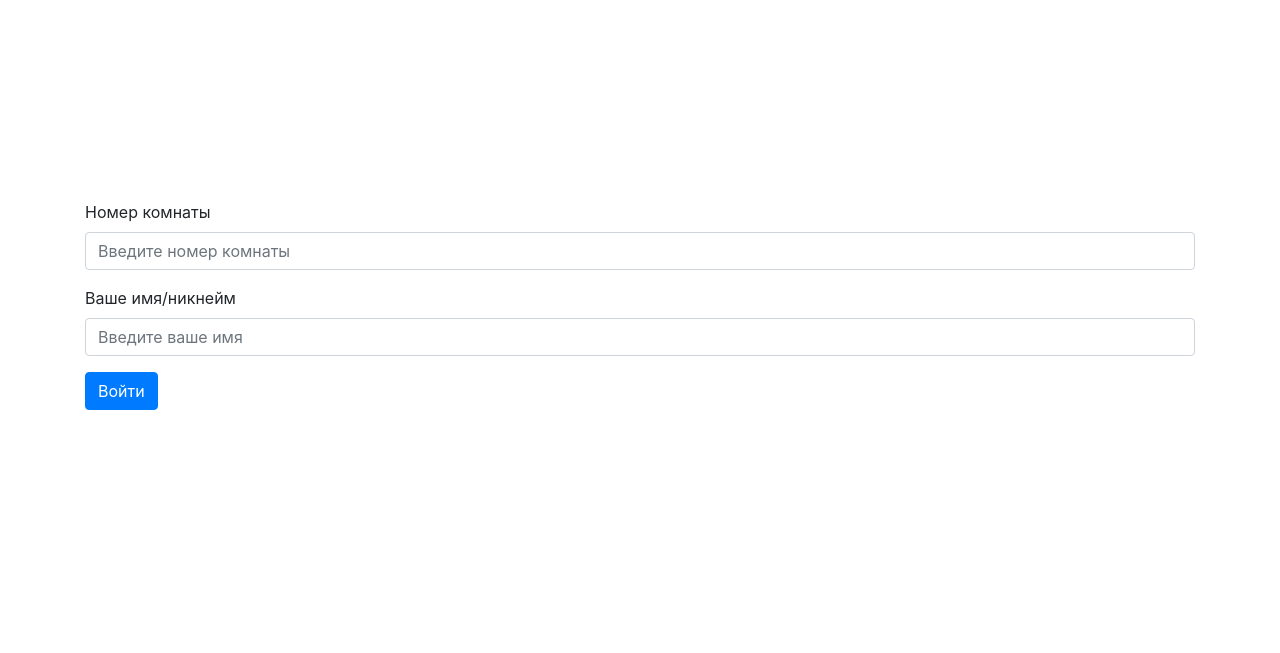
Repository: Hansol46/react-chat
Page: /
These files come from the project's save history. The page is drawn as it stood at one moment and after the next save; the edit follows.
The browser window is 1280 px wide. The pictures show the whole page.
The page's requests for data from a server got no answer. The project was rebuilt for these pictures with package versions that can differ from the ones it lists, and the page was loaded fresh each time. No one was signed in, and anything a server would have sent is missing.

Above is the page before, as saved 2020-09-06 22:22:44.

### public/index.html
<!DOCTYPE html>
<html lang="en">
  <head>
    <meta charset="utf-8" />
    <link rel="icon" href="%PUBLIC_URL%/favicon.ico" />
    <meta name="viewport" content="width=device-width, initial-scale=1" />
    <meta name="theme-color" content="#000000" />
    <meta
      name="description"
      content="Web site created using create-react-app"
    />
    <link rel="apple-touch-icon" href="%PUBLIC_URL%/logo192.png" />
    <!--
      manifest.json provides metadata used when your web app is installed on a
      user's mobile device or desktop. See https://developers.google.com/web/fundamentals/web-app-manifest/
    -->
    <link rel="manifest" href="%PUBLIC_URL%/manifest.json" />
    <link rel="stylesheet"
    href="https://stackpath.bootstrapcdn.com/bootstrap/4.5.0/css/bootstrap.min.css"
    integrity="sha384-9aIt2nRpC12Uk9gS9baDl411NQApFmC26EwAOH8WgZl5MYYxFfc+NcPb1dKGj7Sk"
    crossorigin="anonymous">
    <!--
      Notice the use of %PUBLIC_URL% in the tags above.
      It will be replaced with the URL of the `public` folder during the build.
      Only files inside the `public` folder can be referenced from the HTML.

      Unlike "/favicon.ico" or "favicon.ico", "%PUBLIC_URL%/favicon.ico" will
      work correctly both with client-side routing and a non-root public URL.
      Learn how to configure a non-root public URL by running `npm run build`.
    -->
    <title>React App</title>
  </head>
  <body>
    <noscript>You need to enable JavaScript to run this app.</noscript>
    <div id="root"></div>
    <!--
      This HTML file is a template.
      If you open it directly in the browser, you will see an empty page.

      You can add webfonts, meta tags, or analytics to this file.
      The build step will place the bundled scripts into the <body> tag.

      To begin the development, run `npm start` or `yarn start`.
      To create a production bundle, use `npm run build` or `yarn build`.
    -->
  </body>
</html>

### src/App.js
import React from "react";
import "./App.css";
import LogBlock from "./Components/LogBlock";
import socket from './socket'

function App() {
  // const connectSocket = () => {
  //   io("http://localhost:9999");
  // };
  return (
    <div className="App">

      <LogBlock />

    </div>
  );
}

export default App;

### src/App.css
.App {
  /* border: 2px solid red; */
  padding-top: 200px;
  padding-bottom: 200px;
}

### src/Components/LogBlock.jsx
import React from "react";
import socket from '.././socket'


function LogBlock() {
  return (
    <>
      <div className="container">
        <form>
          <div className="form-group">
            <label for="exampleInputEmail1"> Номер комнаты</label>
            <input
              type="text"
              className="form-control"
              id="exampleInputEmail1"
              aria-describedby="emailHelp"
              placeholder="Введите номер комнаты"
              required
            />
          </div>
          <div className="form-group">
            <label for="exampleInputPassword1">Ваше имя/никнейм</label>
            <input
              type="password"
              className="form-control"
              id="exampleInputPassword1"
              placeholder="Введите ваше имя"
              required
            />
          </div>
          <button type="submit" className="btn btn-primary">
            Войти
          </button>
        </form>
      </div>
    </>
  );
}

export default LogBlock

### src/socket.js
import io from "socket.io-client";

const socket = io()

export default socket

Loaded but not shown: src/index.js (common file); src/index.css (common file)

After the next save:
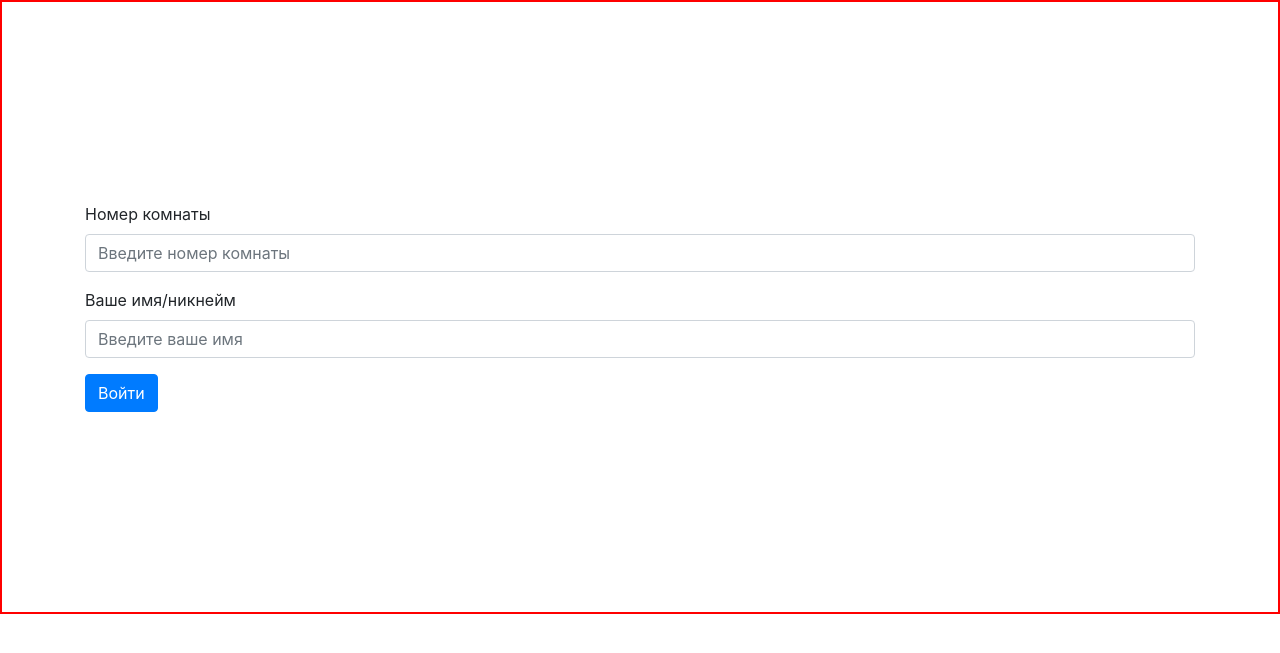
Saved 8 s later.
--- a/src/App.css
+++ b/src/App.css
@@ -1,5 +1,5 @@
 .App {
-  /* border: 2px solid red; */
+  border: 2px solid red;
   padding-top: 200px;
   padding-bottom: 200px;
 }
